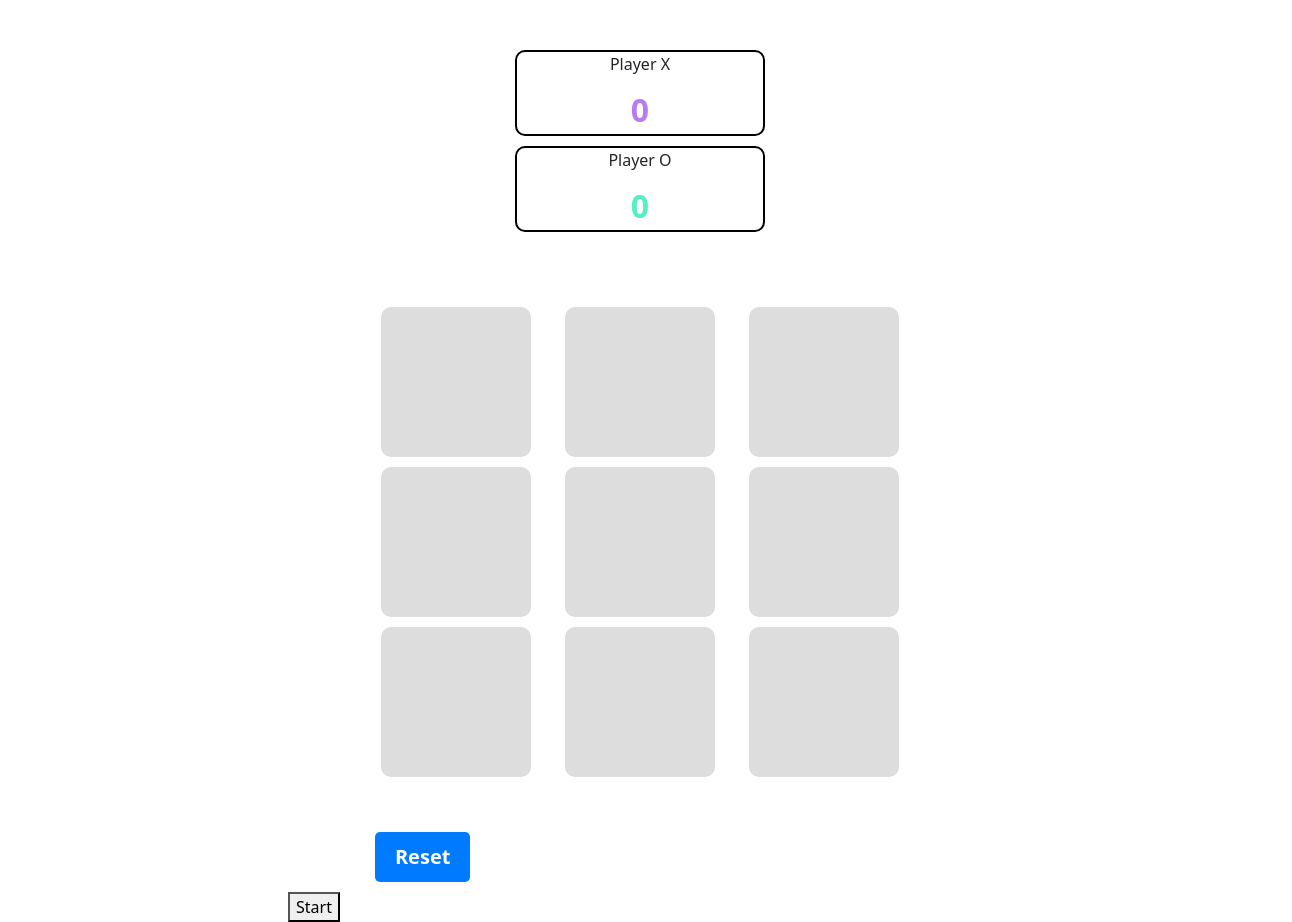
Repository: woodsdeshe/Tic-Tac-Toe
Page: index.html
The author's editor kept a copy of each file at every save. The page is drawn from the files as they stood at one save, then again after a run of saves.
The browser window is 1280 px wide. The page is 1292 px wide, so the pictures cover 1292 px, including what lies to the right of the window. The pictures show the whole page.

Above is the page before, as saved 2023-03-31 21:13:09.

After the next 2 saves:
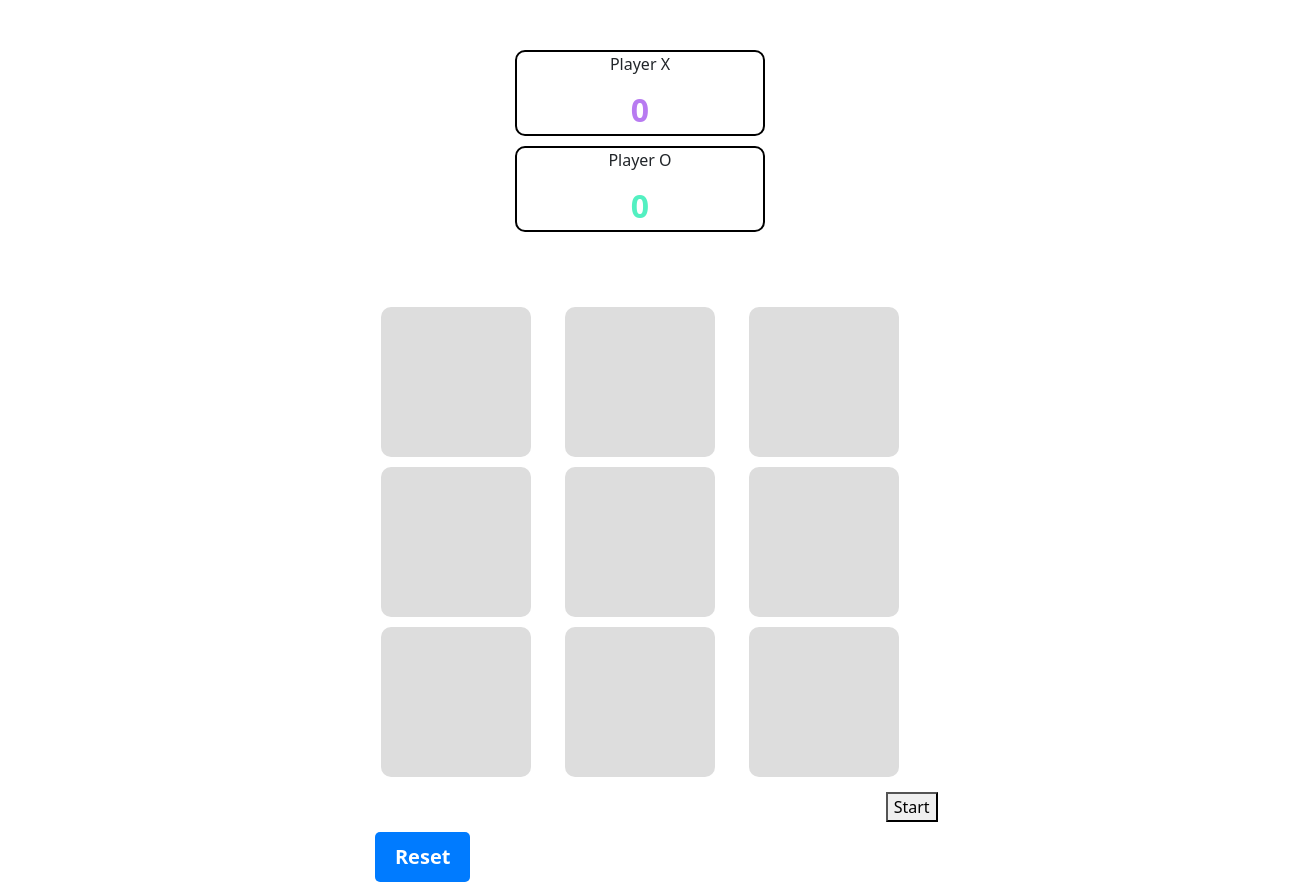
The 2 saves are shown as one change because they came seconds apart.
The last was saved 10 s later.
--- a/index.html
+++ b/index.html
@@ -68,7 +68,7 @@
             <button class="reset-btn">Reset</button>
           </div>
         </div>
-        <div class="col-6"> <div class="start">
+        <div class="col-1"> <div class="start">
           <button class="startBtn">Start</button>
         </div></div>
 
